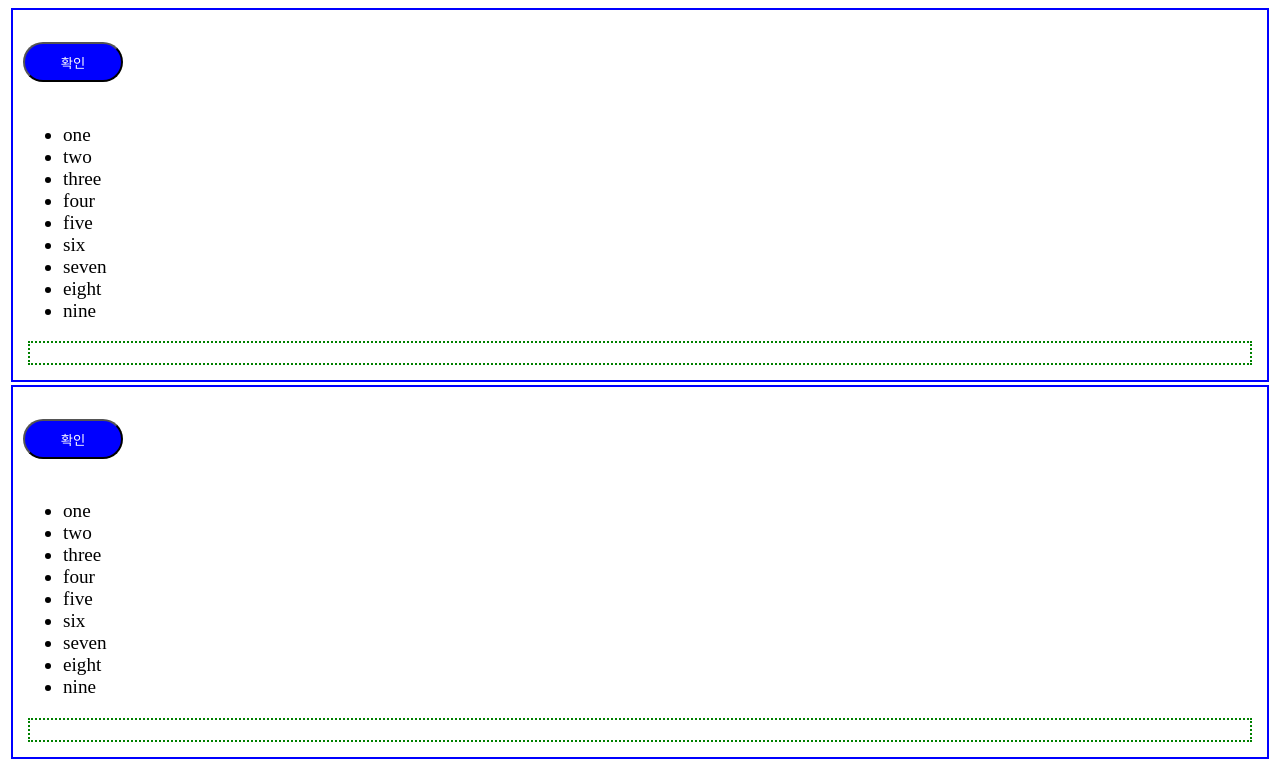
Repository: patternlobe-stack/MY_repository
Page: webpro/src/main/webapp/0915/기본필터.html
An editor plug-in stored every save of this project. The page is shown before and after the next save, followed by the edit.
The browser window is 1280 px wide. The pictures show the whole page.
After loading, the first visible `#btn2` was clicked once.

Above is the page before, as saved 2025-09-15 07:12:23.

### webpro/src/main/webapp/0915/기본필터.html
<!DOCTYPE html>
<html>
<head>
<meta charset="UTF-8">
<title>Insert title here</title>
<link rel="stylesheet"  href="../css/public.css">
<script src="../js/jquery-3.7.1.js"></script>


<script>
$( () =>{
	$('#btn1').on('click',()=>{

		$(' .box1 li:first, li:last').css('background','yellow');
	//	$(' .box1 lli').first().css('background','yellow');
	//	$(' .box1 lli').last().css('background','yellow');
		$(' .box1 lli').filter(':first').css('background','yellow');

	  //$(' .box1 lli:eq(5)').css('background','red');
		$(' .box1 lli').eq(5).css('background','red');
		$(' .box1 lli').filter(':eq(5)').css('background','red');

	//	$(' .box1 lli:lt(4)').css({'font-size':'2.0rem','font-weight':'bold'});
	//	$(' .box1 lli').lt(4).css({'font-size':'2.0rem','font-weight':'bold'}); 오류남
	$(' .box1 lli').filter(':lt(4)').css({'font-size':'2.0rem','font-weight':'bold'});

	})


	 $('#btn2').on('click', ()=>{

		 $(' .box2 lli:even').css('background','lime');


	 })
})
</script>

</head>
<body>


<div class="box box1">
      <h3>
      </h3>
      <input type="button" value="확인" id="btn1"/>
      <br /><br />
      <body>
		  <ul>
		<li>one</li>
		<li>two</li>
		<li>three</li>
		<li>four</li>
		<li>five</li>
		<li>six</li>
		<li>seven</li>
		<li>eight</li>
		<li>nine</li>
		  </ul>
      <div id="result1"></div>
</div>

<div class="box box2">
      <h3>
      </h3>
      <input type="button" value="확인" id="btn2"/>
      <br /><br />
      <body>
		  <ul>
		<li>one</li>
		<li>two</li>
		<li>three</li>
		<li>four</li>
		<li>five</li>
		<li>six</li>
		<li>seven</li>
		<li>eight</li>
		<li>nine</li>
		  </ul>


      <div id="result1"></div>
</div>


</body>
</html>

### webpro/src/main/webapp/css/public.css
@charset "UTF-8";

pre {
  border: 5px inset red;
  margin: 20px;
  padding: 10px;
  font-size: 1.3rem;
}
div {
  border: 2px dotted green;
  padding: 10px;
  margin: 5px;
  font-size: 1.2rem;
}

.box {
  border: 2px solid blue;
  margin: 3px;
  padding: 10px;
}
.box input[type="button"],
.box input[type="submit"] {
  background: blue;
  color: white;
  width: 100px;
  height: 40px;
  border-radius: 50px;
}

Loaded but not shown: webpro/src/main/webapp/js/jquery-3.7.1.js (library)

After the next save:
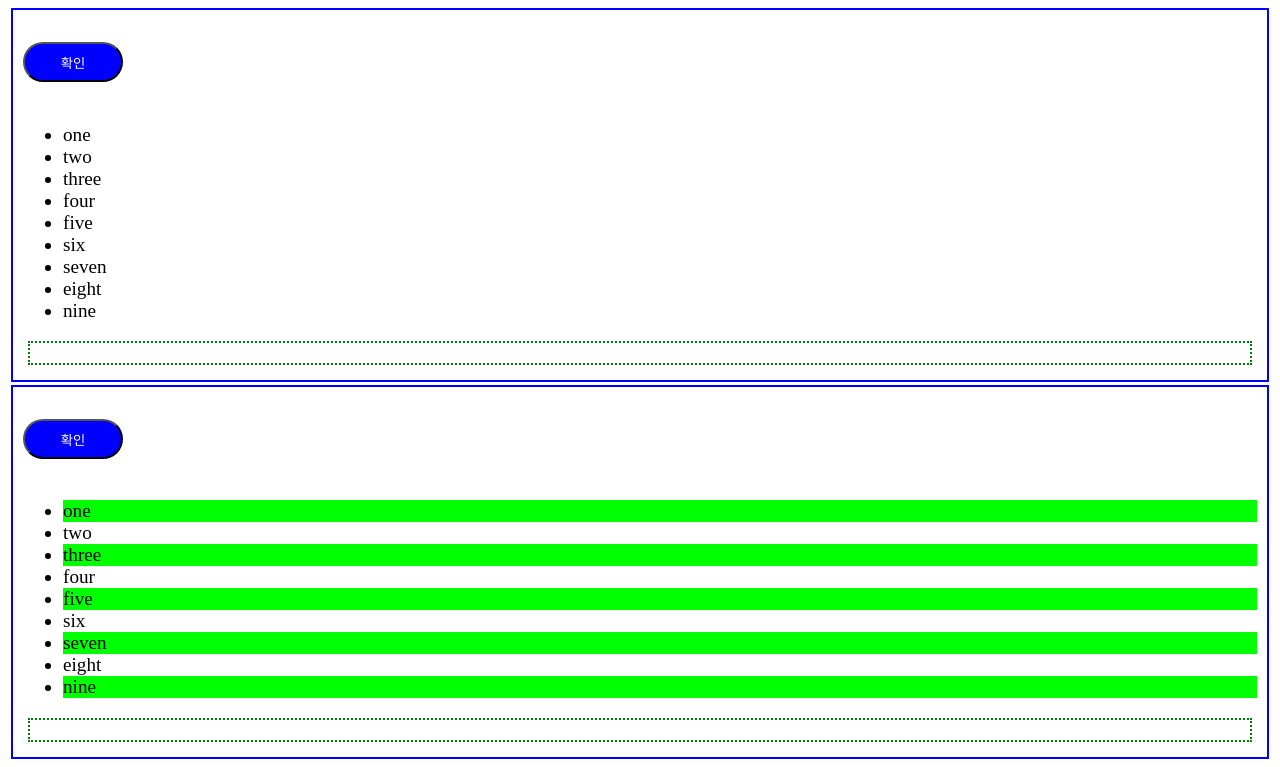
Saved 22 s later.
--- a/webpro/src/main/webapp/0915/기본필터.html
+++ b/webpro/src/main/webapp/0915/기본필터.html
@@ -29,7 +29,8 @@ $( () =>{
 
 	 $('#btn2').on('click', ()=>{
 
-		 $(' .box2 lli:even').css('background','lime');
+		 $(' .box2 li:even').css('background','lime');
+		 $(' .box2 li:even').css('background','lime');
 
 
 	 })
